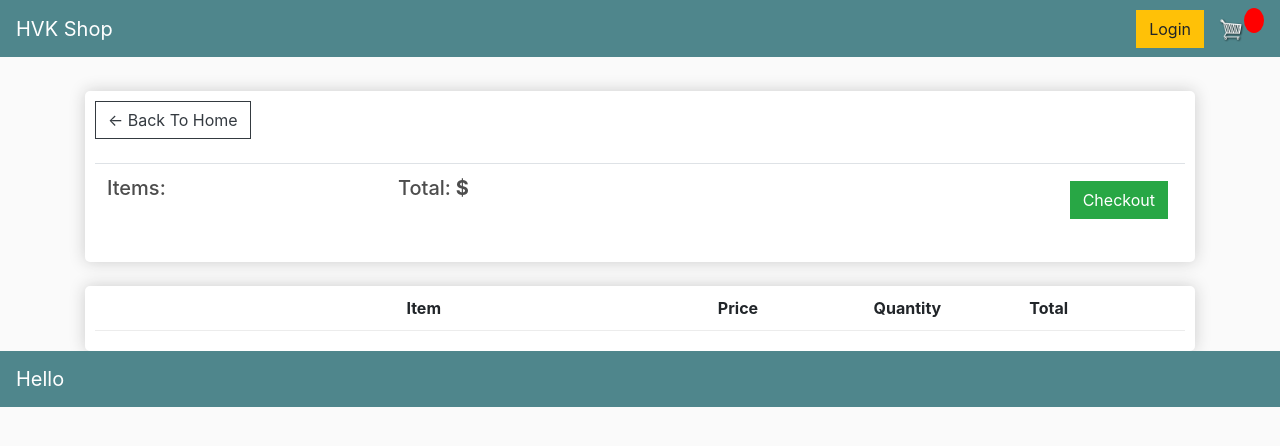
Repository: michaelphandeveloper/Ecommerce-Website-Python
Page: ecommerce/store/templates/store/cart.html
These files come from the project's save history. The page is drawn as it stood at one moment and after the next save; the edit follows.
The browser window is 1280 px wide. The pictures show the whole page.
The template is drawn by Django 4.2. The application's start-up code is not run. Other server files are loaded and not shown. The template is opened directly, without the code that normally fills it, so the values that code supplies are empty.

Above is the page before, as saved 2022-12-21 20:03:43.

### ecommerce/store/templates/store/cart.html
{% extends 'store/main.html' %} {% load static %} {% block content %}
<div class="row">
  <div class="col-lg-12">
    <div class="box-element">
      <a class="btn btn-outline-dark" href="{% url 'store' %}"
        >&#x2190; Back To Home</a
      >

      <br />
      <br />
      <table class="table">
        <tr>
          <th>
            <h5>Items: <strong>{{order.get_cart_items}}</strong></h5>
          </th>
          <th>
            <h5>Total:<strong> ${{order.get_cart_total}}</strong></h5>
          </th>
          <th>
            <a
              style="float: right; margin: 5px"
              class="btn btn-success"
              href="{% url 'checkout' %}"
              >Checkout</a
            >
          </th>
        </tr>
      </table>
    </div>

    <br />
    <div class="box-element">
      <div class="cart-row">
        <div style="flex: 2"></div>
        <div style="flex: 2"><strong>Item</strong></div>
        <div style="flex: 1"><strong>Price</strong></div>
        <div style="flex: 1"><strong>Quantity</strong></div>
        <div style="flex: 1"><strong>Total</strong></div>
      </div>

      {% for item in items %}
      <div class="cart-row">
        <div style="flex: 2">
          <img class="row-image" src="{{item.product.image.url}}" />
        </div>
        <div style="flex: 2"><p>{{item.product.name}}</p></div>
        <div style="flex: 1"><p>${{item.product.price|floatformat:2}}</p></div>
        <div style="flex: 1">
          <p class="quantity">{{item.quantity}}</p>
          <div class="quantity">
            <img
              data-product="{{item.product.id}}"
              data-action="add"
              class="chg-quantity update-cart"
              src="{% static  'images/arrow-up.png' %}"
            />

            <img
              data-product="{{item.product.id}}"
              data-action="remove"
              class="chg-quantity update-cart"
              src="{% static  'images/arrow-down.png' %}"
            />
          </div>
        </div>
        <div style="flex: 1"><p>${{item.get_total}}</p></div>
      </div>
      {% endfor %}
    </div>
  </div>
</div>
{% endblock content %}

### ecommerce/store/templates/store/main.html
<!DOCTYPE html>
{% load static %}

<style>
  .hello-msg {
    color: #ffffff;
  }
</style>

<html>
  <head>
    <title>HVK Shop</title>

    <meta
      name="viewport"
      content="width=device-width, initial-scale=1, maximum-scale=1, minimum-scale=1"
    />

    <link
      rel="stylesheet"
      href="https://stackpath.bootstrapcdn.com/bootstrap/4.4.1/css/bootstrap.min.css"
      integrity="sha384-Vkoo8x4CGsO3+Hhxv8T/Q5PaXtkKtu6ug5TOeNV6gBiFeWPGFN9MuhOf23Q9Ifjh"
      crossorigin="anonymous"
    />

    <link rel="stylesheet" type="text/css" href="{% static 'css/main.css' %}" />

    <script type="text/javascript">
      var user = "{{request.user}}";

      function getToken(name) {
        var cookieValue = null;
        if (document.cookie && document.cookie !== "") {
          var cookies = document.cookie.split(";");
          for (var i = 0; i < cookies.length; i++) {
            var cookie = cookies[i].trim();
            if (cookie.substring(0, name.length + 1) === name + "=") {
              cookieValue = decodeURIComponent(
                cookie.substring(name.length + 1)
              );
              break;
            }
          }
        }
        return cookieValue;
      }
      var csrftoken = getToken("csrftoken");
      console.log("CSRFToken: ", csrftoken);

      function getCookie(name) {
        // Split cookie string and get all individual name=value pairs in array
        var cookieArr = document.cookie.split(";");

        // Loop through the array elements
        for (var i = 0; i < cookieArr.length; i++) {
          var cookiePair = cookieArr[i].split("=");

          /* Removing whitespace at the beginning of the cookie name and compare it with the given string */
          if (name == cookiePair[0].trim()) {
            // Decode the cookie value and return
            return decodeURIComponent(cookiePair[1]);
          }
        }

        // Return null if not found
        return null;
      }

      var cart = JSON.parse(getCookie("cart"));
      if (cart == undefined) {
        cart = {};
        console.log("Cart Created!", cart);
        document.cookie = "cart=" + JSON.stringify(cart) + ";domain=;path=/";
      }

      console.log("Cart:", cart);
    </script>
  </head>
  <body>
    <nav class="navbar navbar-expand-lg navbar-dark bg-dark">
      <a class="navbar-brand" href="{% url 'store' %}">HVK Shop</a>
      <button
        class="navbar-toggler"
        type="button"
        data-toggle="collapse"
        data-target="#navbarSupportedContent"
        aria-controls="navbarSupportedContent"
        aria-expanded="false"
        aria-label="Toggle navigation"
      >
        <span class="navbar-toggler-icon"></span>
      </button>

      <div class="collapse navbar-collapse" id="navbarSupportedContent">
        <ul class="navbar-nav mr-auto">
          <li class="nav-item active"></li>
        </ul>
        <div class="form-inline my-2 my-lg-0">
          {% if user.is_authenticated %}
          <span class="hello-msg"
            >Hello, {{request.user}}.
            <a class="btn btn-warning" href="{% url 'logout' %}">Logout</a>
          </span>
          {% else %}
          <a href="{% url 'login' %}" class="btn btn-warning">Login</a>
          {% endif %}

          <a href="{% url 'cart' %}">
            <img id="cart-icon" src="{% static 'images/cart.png' %}" />
          </a>
          <p id="cart-total">{{cartItems}}</p>
        </div>
      </div>
    </nav>

    <div class="container">
      <br />
      {% block content %} {% endblock content %}
    </div>

    <script
      src="https://code.jquery.com/jquery-3.4.1.slim.min.js"
      integrity="sha384-J6qa4849blE2+poT4WnyKhv5vZF5SrPo0iEjwBvKU7imGFAV0wwj1yYfoRSJoZ+n"
      crossorigin="anonymous"
    ></script>

    <script
      src="https://cdn.jsdelivr.net/npm/popper.js@1.16.0/dist/umd/popper.min.js"
      integrity="sha384-Q6E9RHvbIyZFJoft+2mJbHaEWldlvI9IOYy5n3zV9zzTtmI3UksdQRVvoxMfooAo"
      crossorigin="anonymous"
    ></script>

    <script
      src="https://stackpath.bootstrapcdn.com/bootstrap/4.4.1/js/bootstrap.min.js"
      integrity="sha384-wfSDF2E50Y2D1uUdj0O3uMBJnjuUD4Ih7YwaYd1iqfktj0Uod8GCExl3Og8ifwB6"
      crossorigin="anonymous"
    ></script>

    <script type="text/javascript" src="{% static 'js/cart.js' %}"></script>
  </body>
  <footer>
    <nav class="navbar navbar-expand-lg navbar-dark bg-dark">
      <a class="navbar-brand" text-align: center>Hello</a>
    </nav>
  </footer>
</html>

### ecommerce/static/css/main.css
body {
  background-color: hsl(0, 0%, 98%);
}

h1,
h2,
h3,
h4,
h5,
h6 {
  color: hsl(0, 0%, 30%);
}

.box-element {
  box-shadow: hsl(0, 0%, 80%) 0 0 16px;
  background-color: #fff;
  border-radius: 5px;
  padding: 10px;
}

.thumbnail {
  width: 100%;
  height: 200px;
  -webkit-box-shadow: -1px -3px 5px -2px rgba(214, 214, 214, 1);
  -moz-box-shadow: -1px -3px 5px -2px rgba(214, 214, 214, 1);
  box-shadow: -1px -3px 5px -2px rgba(214, 214, 214, 1);
}

.product {
  border-radius: 0 0 4px 4px;
}

.bg-dark {
  background-color: #4f868c !important;
}

#cart-icon {
  width: 25px;
  display: inline-block;
  margin-left: 15px;
}

#cart-total {
  display: block;
  text-align: center;
  color: #fff;
  background-color: red;
  width: 20px;
  height: 25px;
  border-radius: 50%;
  font-size: 14px;
}

.col-lg-3,
.col-lg-6,
.col-lg-8,
.col-lg-12 {
  margin-top: 10px;
}

.btn {
  border-radius: 0;
}

.row-image {
  width: 100px;
}

.form-field {
  width: 250px;
  display: inline-block;
  padding: 5px;
}

.cart-row {
  display: flex;
  align-items: flex-stretch;
  padding-bottom: 10px;
  margin-bottom: 10px;
  border-bottom: 1px solid #ececec;
}

.quantity {
  display: inline-block;
  font-weight: 700;
  padding-right: 10px;
}

.chg-quantity {
  width: 12px;
  cursor: pointer;
  display: block;
  margin-top: 5px;
  transition: 0.1s;
}

.chg-quantity:hover {
  opacity: 0.6;
}

.hidden {
  display: none !important;
}

### ecommerce/static/js/cart.js
var updateBtns = document.getElementsByClassName("update-cart");

for (i = 0; i < updateBtns.length; i++) {
  updateBtns[i].addEventListener("click", function () {
    var productId = this.dataset.product;
    var action = this.dataset.action;
    console.log("ID: ", productId, "Action: ", action);

    console.log("user: ", user);
    if (user === "AnonymousUser") {
      addCookieItem(productId, action);
    } else {
      updateUserOrder(productId, action);
    }
  });
}

function addCookieItem(productId, action) {
  console.log("Not logged in...");

  if (action == "add") {
    if (cart[productId] == undefined) {
      cart[productId] = { quantity: 1 };
    } else {
      cart[productId]["quantity"] += 1;
    }
  }

  if (action == "remove") {
    cart[productId]["quantity"] -= 1;

    if (cart[productId]["quantity"] <= 0) {
      console.log("Item has been removed from your cart");
      delete cart[productId];
    }
  }
  console.log("Cart:", cart);
  document.cookie = "cart=" + JSON.stringify(cart) + ";domain=;path=/";
  location.reload();
}

function updateUserOrder(productId, action) {
  console.log("Logged in");

  var url = "/update_item/";

  fetch(url, {
    method: "POST",
    headers: {
      "Content-Type": "application/json",
      "X-CSRFToken": csrftoken,
    },
    body: JSON.stringify({ productId: productId, action: action }),
  })
    .then((response) => {
      return response.json();
    })

    .then((data) => {
      console.log("data:", data);
      location.reload();
    });
}

After the next save:
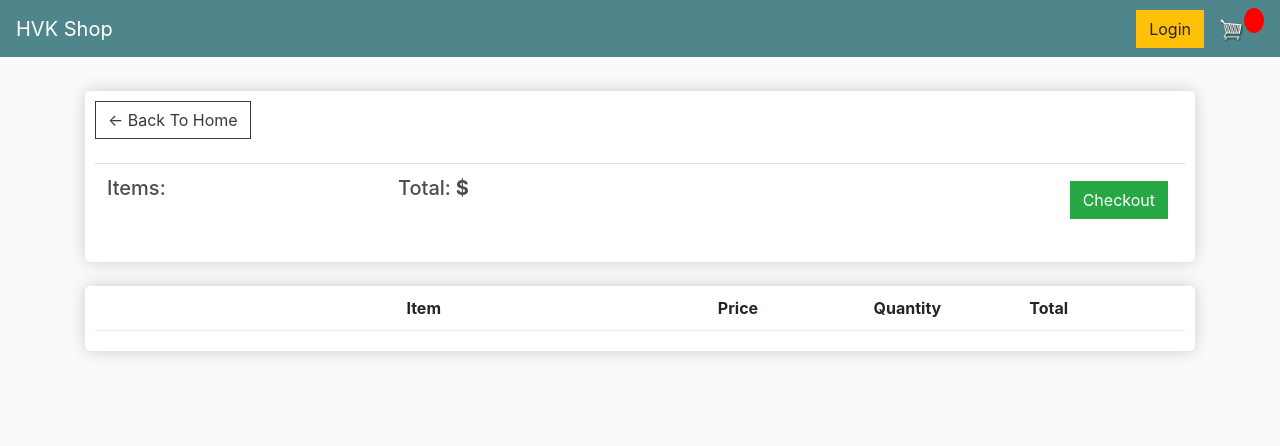
Saved 13 s later.
--- a/ecommerce/store/templates/store/main.html
+++ b/ecommerce/store/templates/store/main.html
@@ -138,9 +138,4 @@
 
     <script type="text/javascript" src="{% static 'js/cart.js' %}"></script>
   </body>
-  <footer>
-    <nav class="navbar navbar-expand-lg navbar-dark bg-dark">
-      <a class="navbar-brand" text-align: center>Hello</a>
-    </nav>
-  </footer>
 </html>
